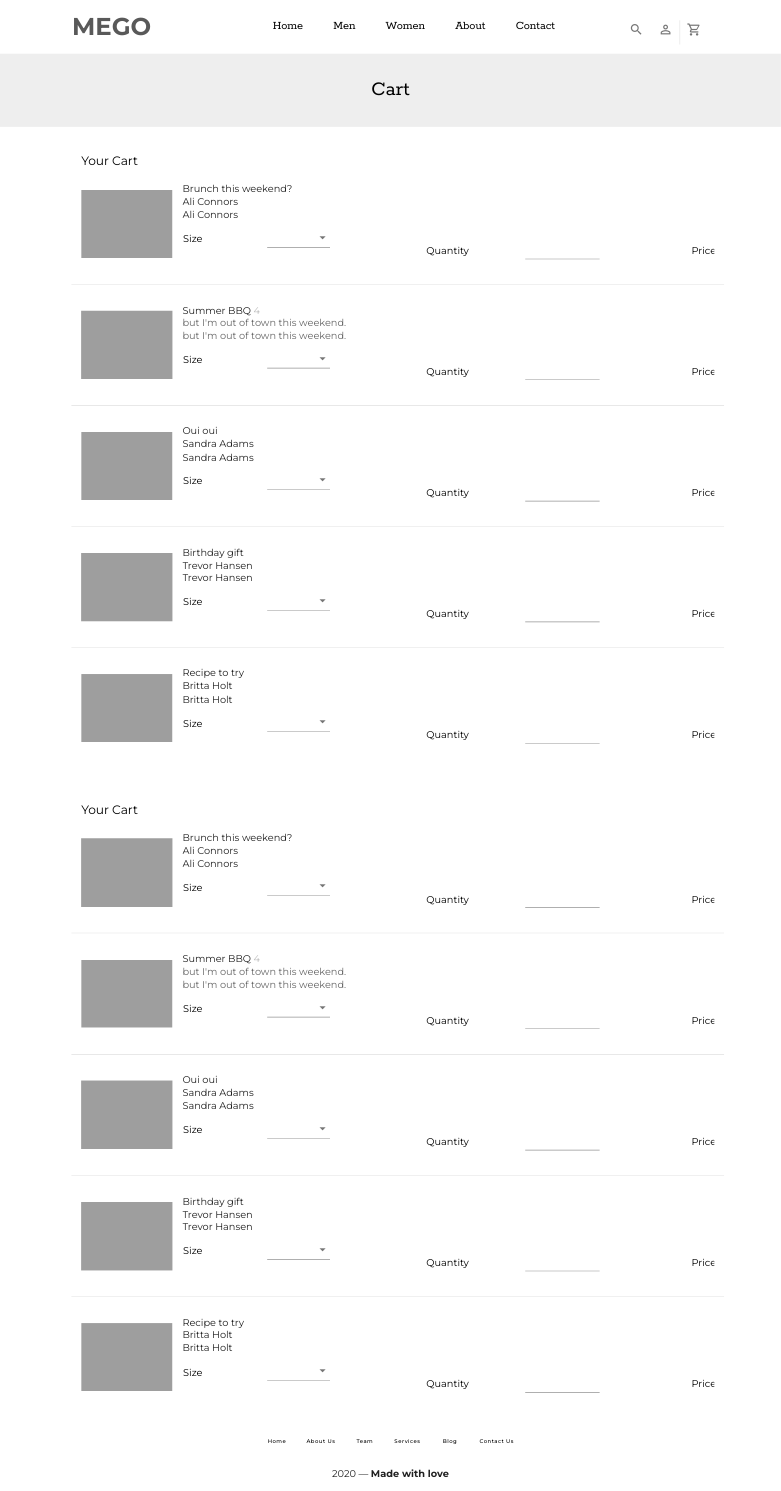
Repository: nguyenphuong152/mego-frontend
Page: /cart (app in frontend/)
The author's editor kept a copy of each file at every save. The page is drawn from the files as they stood at one save, then again after the next save.
The browser window is 1280 px wide. The pictures show the whole page, at 61% of full size.
Pictures or frames that could not be fetched are drawn as grey boxes. The project was rebuilt for these pictures with package versions that can differ from the ones it lists, and the page was loaded fresh each time. Also part of the build but not shown: frontend/vue.config.js, frontend/src/components/Customer/Collection.vue, frontend/src/components/Customer/Banner.vue, frontend/src/components/Customer/BestSeller.vue, frontend/src/components/Customer/Partner.vue, frontend/src/views/Customer/Home.vue, frontend/src/components/Customer/ProductCategory.vue, frontend/src/components/Customer/ProductView.vue and 10 more. Imported but missing from the stored project, and not drawn on this page: frontend/src/views/Admin/Category.vue, frontend/src/views/Admin/ManageProduct.vue, frontend/src/views/Admin/ManageUser.vue, frontend/src/views/Admin/OrderList.vue.

Above is the page before, as saved 2020-11-26 16:43:44.

### frontend/public/index.html
<!DOCTYPE html>
<html lang="en">
  <head>
    <meta charset="utf-8">
    <head>
      <title>MEGO</title>
    </head>
    <meta http-equiv="X-UA-Compatible" content="IE=edge">
    <meta name="viewport" content="width=device-width,initial-scale=1.0">
    <link rel="icon" href="<%= BASE_URL %>favicon.ico">
    <title><%= htmlWebpackPlugin.options.title %></title>
    <link href="https://fonts.googleapis.com/css?family=Montserrat:300,400,500,600,700" rel="stylesheet">
    <link href="https://fonts.googleapis.com/css?family=Rokkitt:100,300,400,700" rel="stylesheet">
    <link rel="stylesheet" href="https://fonts.googleapis.com/css?family=Roboto:100,300,400,500,700,900">
    <link rel="stylesheet" href="https://cdn.jsdelivr.net/npm/@mdi/font@latest/css/materialdesignicons.min.css">
  </head>
  <body>
    <noscript>
      <strong>We're sorry but <%= htmlWebpackPlugin.options.title %> doesn't work properly without JavaScript enabled. Please enable it to continue.</strong>
    </noscript>
    <div id="app"></div>
    <!-- built files will be auto injected -->
  </body>
</html>

### frontend/src/main.js
import Vue from 'vue'
import App from './App.vue'
import vuetify from './plugins/vuetify';
import router from './router'
import '../sass/style.scss'
import 'bootstrap/dist/css/bootstrap.css'
import 'bootstrap-vue/dist/bootstrap-vue.css'
import { BootstrapVue, IconsPlugin } from 'bootstrap-vue'

Vue.use(BootstrapVue)
// Optionally install the BootstrapVue icon components plugin
Vue.use(IconsPlugin)
Vue.config.productionTip = false

new Vue({
  vuetify,
  router,
  render: h => h(App)
}).$mount('#app')

### frontend/src/App.vue
<template>
  <v-app app>
    <v-container v-if="!['Admin', 'Banner', 'Category','Product','ManageUser','OrderList','Dashboard'].includes($route.name)">
      <Toolbar />
    </v-container>
    <v-main>
      <router-view></router-view>
    </v-main>
      <Footer v-if="!['Admin', 'Banner', 'Category','Product','ManageUser','OrderList','Dashboard'].includes($route.name)"/>
  </v-app>

</template>

<script>

import Footer from "./components/Customer/Footer";
import Toolbar from "./components/Customer/Toolbar";

export default {
  name: "App",

  components: {
    Toolbar,
    Footer
  },

  data: () => ({
    //
  }),
};
</script>

### frontend/src/plugins/vuetify.js
import Vue from 'vue';
import Vuetify from 'vuetify/lib';


Vue.use(Vuetify);

const vuetify = new Vuetify({
    theme: {
      themes: {
        light: {
          primary: '#000',
          secondary: '#b0bec5',
          accent: '#8c9eff',
          error: '#b71c1c',
        },
      },
    },
  })

export default new Vuetify({
    vuetify,
});

### frontend/src/router/index.js
import Vue from "vue";
import VueRouter from "vue-router";
import Home from "../views/Customer/Home.vue";
import Men from "../views/Customer/Men.vue";
import Women from "../views/Customer/Women.vue";
import Admin from "../views/Admin/Admin.vue";
import Product from "../views/Admin/ManageProduct.vue";
import Banner from "../views/Admin/Banner.vue";
import Category from "../views/Admin/Category.vue";
import ManageUser from "../views/Admin/ManageUser.vue";
import OrderList from "../views/Admin/OrderList.vue";
import Dashboard from "../views/Admin/Dashboard.vue"
//import ProductDetail from "../views/ProductDetail.vue"

Vue.use(VueRouter);

const routes = [
  {
    path: "/",
    name: "Home",
    component: Home,
  },
  {
    path: "/men",
    name: "Men",
    component: Men,
  },
  {
    path: "/women",
    name: "Women",
    component: Women,
  },
  {
    path: "/about",
    name: "About",
    // route level code-splitting
    // this generates a separate chunk (about.[hash].js) for this route
    // which is lazy-loaded when the route is visited.
    component: () =>
      import(/* webpackChunkName: "about" */ "../views/Customer/About.vue"),
  },
  {
    path: "/contact",
    name: "Contact",
    component: () =>
      import(/* webpackChunkName: "about" */ "../views/Customer/Contact.vue"),
  },
  {
    path: "/cart",
    name: "Cart",
    component: () =>
      import(/* webpackChunkName: "about" */ "../views/Customer/Cart.vue"),
  },
  {
    path: "/account",
    name: "Account",
    component: () =>
      import(/* webpackChunkName: "about" */ "../views/Customer/Account.vue"),
  },
  {
    path: "/userlogin",
    name: "UserLogin",
    component: () =>
      import(/* webpackChunkName: "about" */ "../views/Customer/UserLogin.vue"),
  },
  {
    path: "/checkout",
    name: "Checkout",
    component: () =>
      import(/* webpackChunkName: "about" */ "../views/Customer/Checkout.vue"),
  },
  {
    path: "/product/:id",
    name: "ProductDetail",
    component: () =>
      import(/* webpackChunkName: "about" */ "../views/Customer/ProductDetail.vue"),
  },
  {
    path: "/admin",
    name: "Admin",
    component: Admin,
    children: [
      {
        path: "/banner",
        name: "Banner",
        component: Banner,
      },
      {
        path: "/category",
        name: "Category",
        component: Category,
      },
      {
        path: "/product",
        name: "Product",
        component: Product,
      },
      {
        path: "/manageuser",
        name: "ManageUser",
        component: ManageUser,
      },
      {
        path: "/orderlist",
        name: "OrderList",
        component: OrderList,
      },
      {
        path: "/dashboard",
        name: "Dashboard",
        component: Dashboard,
      },
    ],
  },
];

const router = new VueRouter({
  mode: "history",
  base: process.env.BASE_URL,
  routes,
});

export default router;

### frontend/sass/style.scss

$font-primary: 'Montserrat',
Arial,
sans-serif;
$font-secondary: 'Rokkitt',
Georgia,
serif;


@import '~vuetify/src/styles/styles.sass';

// Overrides
$grid-gutter-width: 20px !default;
$border-radius-base: 4px !default;
$padding-base-vertical: 14px !default;

$brand-primary: #616161 !default;
$brand-secondary: #88c8bc !default;
$brand-yellow: #FFDD00 !default;
$brand-footer-color: #2C2E3E;

$brand-white: #fff;
$brand-black: #000;
$brand-darker: #444;
$brand-gray: #ccc;
$brand-lighter: #e9e9e9;
$brand-body-color: #e8e8e8;
$brand-selection-color: #f9f6f0;
$brand-overlay-color: #4c4a8a;
$brand-bg-color: $brand-white;

.v-btn {
  text-transform:none !important;
}
// .v-text-field{
//   width: 50px;
//   height: 10px;
// }

#app {
  -webkit-font-smoothing: antialiased;
  -moz-osx-font-smoothing: grayscale;

  text-align: center;
  .container {
    max-width: 1100px;
  }
  font: 300
}

.nav {
  padding-left: 0px;
  a {
    font-size: 20px;
    color: lighten($brand-black,35%);
    font-family: $font-secondary;
    text-decoration: none;
    font-weight: 500;
    &.router-link-exact-active {
      color: #42b983;
    }

  }
}

#logo {
  font-size: 40px;
  font-weight: 700;
  font-family: $font-primary;
  color: lighten($brand-black, 35%);
}


.slogan {
  font-size: 50px;
  color: #2c3e50;
  font-family: $font-secondary;
  text-decoration: none;
}

.title-collection{
  @extend .slogan;
  font-size: 25px;
}


.slogan-3 {
  @extend .slogan;
  font-size: 35px;
}

.title-shoes {
  @extend .slogan;
  font-size: 20px;
}


.footer-text {
  font-family:$font-primary;
  font-size: 16px;
}

.admin {
  font-family: $font-primary;
  font-size:16px;
}

.admin-nav {
  font-family: $font-primary !important;
  font-size: 20px !important;
  color: white !important;
}

### frontend/src/components/Customer/Footer.vue
<template>
  <v-footer class="white" padless>
    <v-row justify="center" no-gutters>
      <v-btn
        v-for="link in links"
        :key="link"
        color="black"
        text
        rounded
        class="my-2 footer-text"
      >
        {{ link }}
      </v-btn>
      <v-col class="white py-4 text-center fluid footer-text" cols="12">
        {{ new Date().getFullYear() }} — <strong>Made with love</strong>
      </v-col>
    </v-row>
  </v-footer>
</template>

<script>
export default {
  data: () => ({
    links: ["Home", "About Us", "Team", "Services", "Blog", "Contact Us"],
  }),
};
</script>

<style></style>

### frontend/src/components/Customer/Toolbar.vue
<template>
  <v-toolbar flat>
    <v-row class="d-flex align-baseline">
      <v-col cols="3" class="d-flex justify-lg-start">
        <v-toolbar-title id="logo">MEGO</v-toolbar-title>
      </v-col>
      <v-col class="d-flex justify-space-around text-start nav">
        <router-link to="/">Home</router-link>
        <router-link to="/men">Men</router-link>
        <router-link to="/women">Women</router-link>
        <router-link to="/about">About</router-link>
        <router-link to="/contact">Contact</router-link>
      </v-col>
      <v-col cols="2" class="d-flex justify-end">
        <v-btn icon>
          <v-icon>mdi-magnify</v-icon>
        </v-btn>
        <v-menu
          open-on-hover
          top
          offset-y
          :position-x="960"
          :position-y="230"
          absolute
        >
          <template v-slot:activator="{ on, attrs }">
            <v-btn icon v-bind="attrs" v-on="on">
              <v-icon>mdi-account-outline</v-icon>
            </v-btn>
          </template>

          <v-list class="text-start nav">
            <v-list-item v-for="(item, index) in routes" :key="index" :to="item.path">
              <v-list-item-title>{{ item.name }}</v-list-item-title>
            </v-list-item>
          </v-list>
        </v-menu>
        <v-divider vertical inset></v-divider>
        <v-btn icon @click="goToCart">
          <v-icon>mdi-cart-outline</v-icon>
        </v-btn>
      </v-col>
    </v-row>
  </v-toolbar>
</template>

<script>
export default {
  data: () => ({
    routes: [
      {
        path:"/checkout",
        name:"Check Out"
       },
       {
        path:"/account",
        name:"My Account"
       },
       {
        path:"/userlogin",
        name:"User Login"
       },

    ],
  }),
  methods: {
     goToCart: function() {
     this.$router.push({name: 'Cart'})
     }
  }
};
</script>

<style></style>

### frontend/src/views/Customer/Cart.vue
<template>
  <div class="cart app">
   <v-sheet color="grey lighten-3" height="120">
      <v-container py-8>
        <a class="slogan-3">Cart</a>
      </v-container>
    </v-sheet>
     <div>
       <v-container>
 <v-row>
         <v-col>
<totalProducts/>
         </v-col>
   <v-col>
<totalProducts/>
         </v-col>
       </v-row>
       </v-container>

  </div>
  </div>
</template>

<script>

import totalProducts from '../../components/Customer/TotalProducts'


export default {
  components: {totalProducts},
   data () {

   }
}
</script>

### frontend/src/components/Customer/TotalProducts.vue
<template>
  <v-container class="app">
    <v-list three-line>
      <template v-for="(item, index) in items">
        <v-subheader
          class="admin-nav black--text"
          v-if="item.header"
          :key="item.header"
          v-text="item.header"
        ></v-subheader>

        <v-divider v-else-if="item.divider" :key="index"></v-divider>

        <v-list-item v-else :key="item.title">
          <v-img :src="item.avatar" max-height="150" max-width="150"></v-img>
          <v-list-item-content class="text-start ml-4">
            <v-list-item-title
              v-html="item.title"
              class="admin"
            ></v-list-item-title>
            <v-list-item-subtitle
              class="admin"
              v-html="item.subtitle"
            ></v-list-item-subtitle>
            <v-list-item-subtitle
              class="admin"
              v-html="item.subtitle"
            ></v-list-item-subtitle>
            <v-row class="pl-4 d-flex align-center">
              <v-col class="pa-0 admin" cols="4">
                <a>Size</a>
              </v-col>
              <v-col class="pa-0 admin text-start " cols="3">
                <v-select :items="size"></v-select>
              </v-col>
            </v-row>
            <v-row class="pl-4 d-flex align-center">
              <v-col class="pa-0 admin " cols="4">
                <a>Quantity</a>
              </v-col>
              <v-col class="pa-0 admin" cols="3">
                <v-text-field single-line></v-text-field>
              </v-col>
              <v-col class="text-end admin">
                <a> Price</a>
              </v-col>
            </v-row>
          </v-list-item-content>
        </v-list-item>
      </template>
    </v-list>
  </v-container>
</template>

<script>
export default {
  data: () => ({
    items: [
      { header: "Your Cart" },
      {
        avatar: "https://cdn.vuetifyjs.com/images/lists/1.jpg",
        title: "Brunch this weekend?",
        subtitle: `<span class="text--primary">Ali Connors</span>`,
      },
      { divider: true, inset: true },
      {
        avatar: "https://cdn.vuetifyjs.com/images/lists/2.jpg",
        title: 'Summer BBQ <span class="grey--text text--lighten-1">4</span>',
        subtitle: `but I'm out of town this weekend.`,
      },
      { divider: true, inset: true },
      {
        avatar: "https://cdn.vuetifyjs.com/images/lists/3.jpg",
        title: "Oui oui",
        subtitle: '<span class="text--primary">Sandra Adams</span> ',
      },
      { divider: true, inset: true },
      {
        avatar: "https://cdn.vuetifyjs.com/images/lists/4.jpg",
        title: "Birthday gift",
        subtitle: '<span class="text--primary">Trevor Hansen</span> ',
      },
      { divider: true, inset: true },
      {
        avatar: "https://cdn.vuetifyjs.com/images/lists/5.jpg",
        title: "Recipe to try",
        subtitle: '<span class="text--primary">Britta Holt</span>',
      },
    ],
    size: ["Foo", "Bar", "Fizz", "Buzz"],
  }),
};
</script>

<style></style>

After the next save:
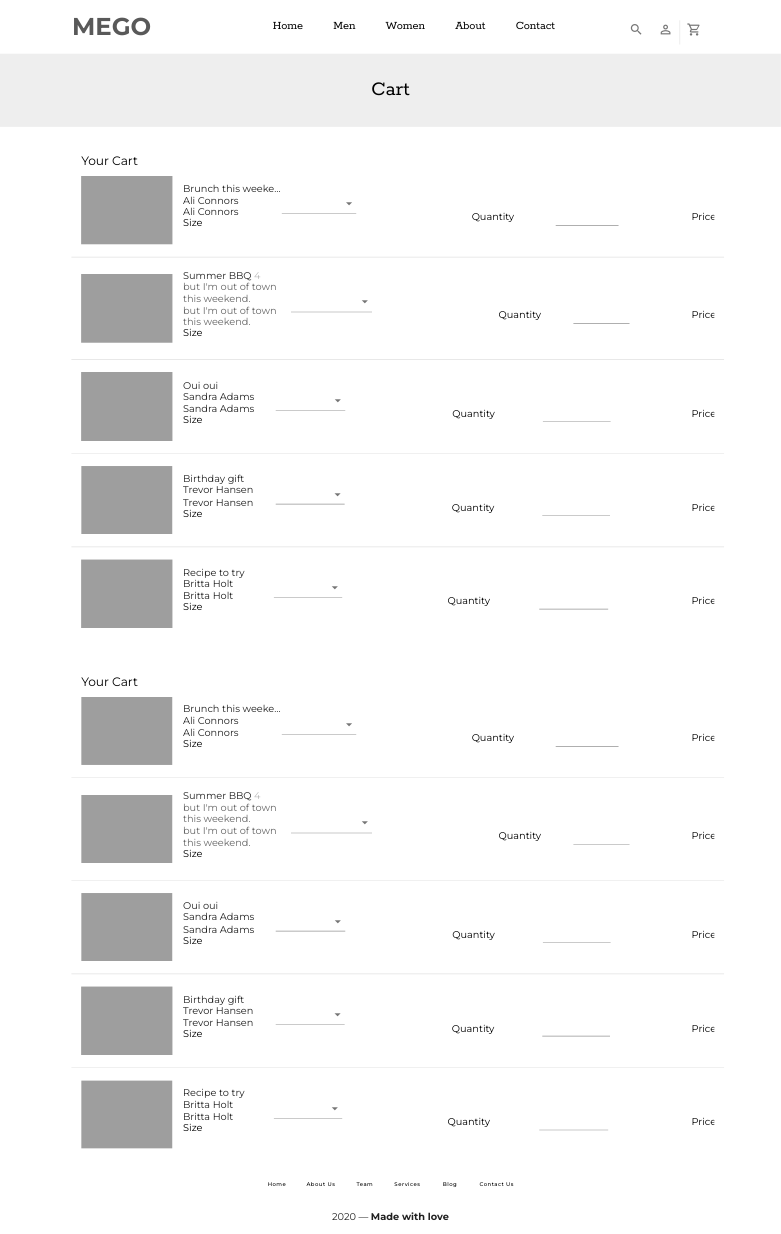
Saved 6 min 13 s later.
--- a/frontend/src/components/Customer/TotalProducts.vue
+++ b/frontend/src/components/Customer/TotalProducts.vue
@@ -14,7 +14,10 @@
         <v-list-item v-else :key="item.title">
           <v-img :src="item.avatar" max-height="150" max-width="150"></v-img>
           <v-list-item-content class="text-start ml-4">
-            <v-list-item-title
+
+            <v-row class="pl-4 d-flex align-center">
+              <v-col class="pa-0 admin" cols="4">
+                   <v-list-item-title
               v-html="item.title"
               class="admin"
             ></v-list-item-title>
@@ -26,8 +29,6 @@
               class="admin"
               v-html="item.subtitle"
             ></v-list-item-subtitle>
-            <v-row class="pl-4 d-flex align-center">
-              <v-col class="pa-0 admin" cols="4">
                 <a>Size</a>
               </v-col>
               <v-col class="pa-0 admin text-start " cols="3">
